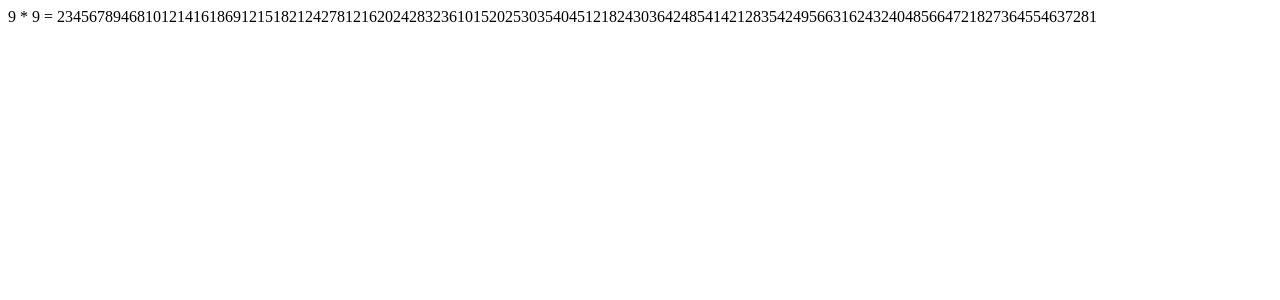
Repository: codelily98/Web
Page: JavaScript/src/main/webapp/practice/practice02.html
These files come from the project's save history. The page is drawn as it stood at one moment and after the next save; the edit follows.
The browser window is 1280 px wide. The pictures show the whole page.

Above is the page before, as saved 2024-08-21 07:02:35.

After the next save:
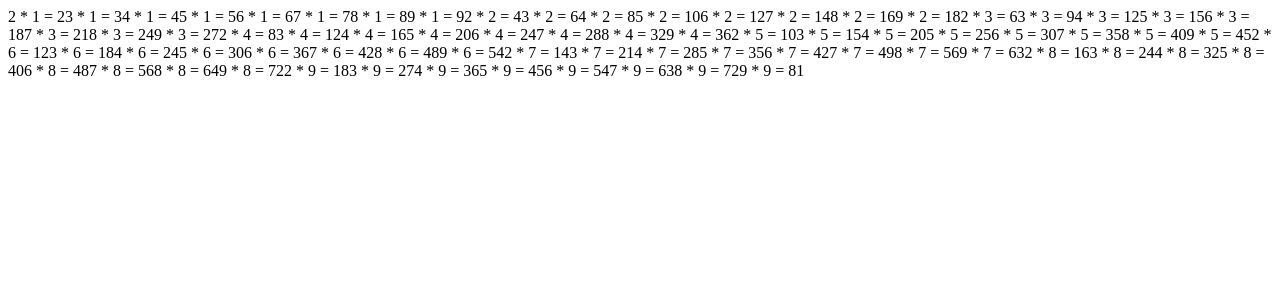
Saved 9 s later.
--- a/JavaScript/src/main/webapp/practice/practice02.html
+++ b/JavaScript/src/main/webapp/practice/practice02.html
@@ -15,8 +15,8 @@ const gugudan = () => {
 
 	for(let i = 1; i <= 9; i++) {
 		for(let j = 2; j <= 9; j++) {
-			result += j * i;
-			document.getElementById("gugudan").innerHTML = `${j} * ${i} = ${result}`;
+			result = j * i;
+			document.getElementById("gugudan").innerHTML += `${j} * ${i} = ${result}`;
 		}
 	}
 }
